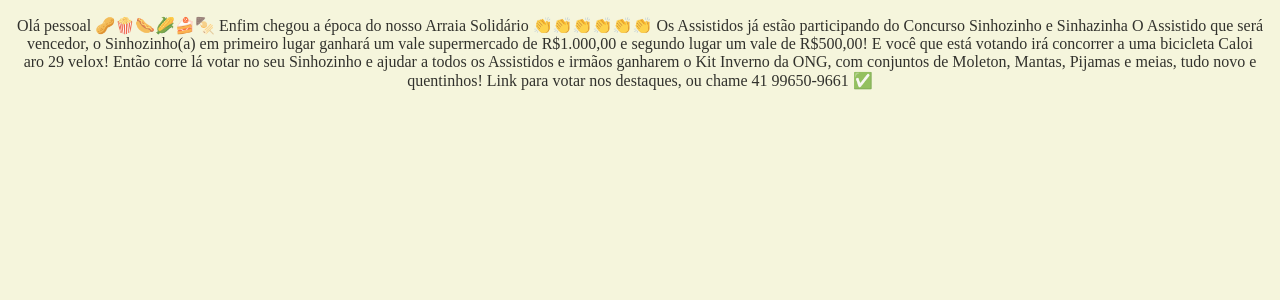
Repository: adrtrvs/qrcodeong
Page: campaignall.html
These files come from the project's save history. The page is drawn as it stood at one moment and after the next save; the edit follows.
The browser window is 1280 px wide. The pictures show the whole page.
Some web fonts or font styles are not loaded; a fallback is used.

Above is the page before, as saved 2023-05-26 11:18:24.

After the next save:
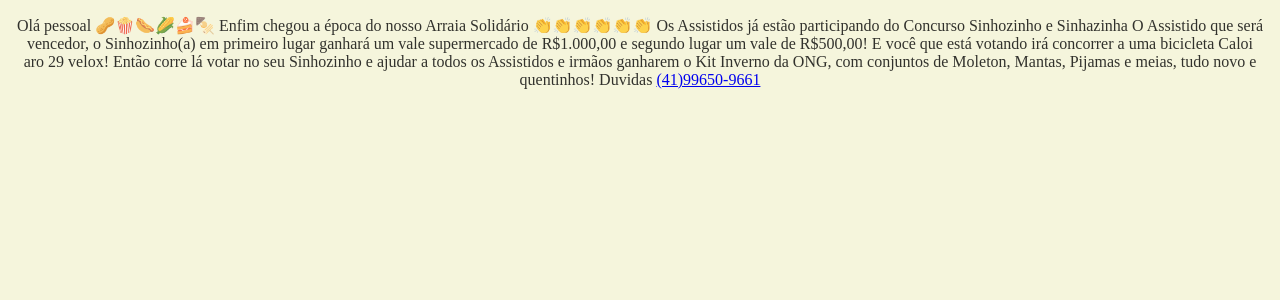
Saved 5 min 40 s later.
--- a/campaignall.html
+++ b/campaignall.html
@@ -21,8 +21,8 @@
       de R$500,00! E você que está votando irá concorrer a uma bicicleta Caloi
       aro 29 velox! Então corre lá votar no seu Sinhozinho e ajudar a todos os
       Assistidos e irmãos ganharem o Kit Inverno da ONG, com conjuntos de
-      Moleton, Mantas, Pijamas e meias, tudo novo e quentinhos! Link para votar
-      nos destaques, ou chame 41 99650-9661 ✅
+      Moleton, Mantas, Pijamas e meias, tudo novo e quentinhos! Duvidas
+      <a href="tel:+5541996509661">(41)99650-9661</a>
     </p>
   </body>
 </html>
